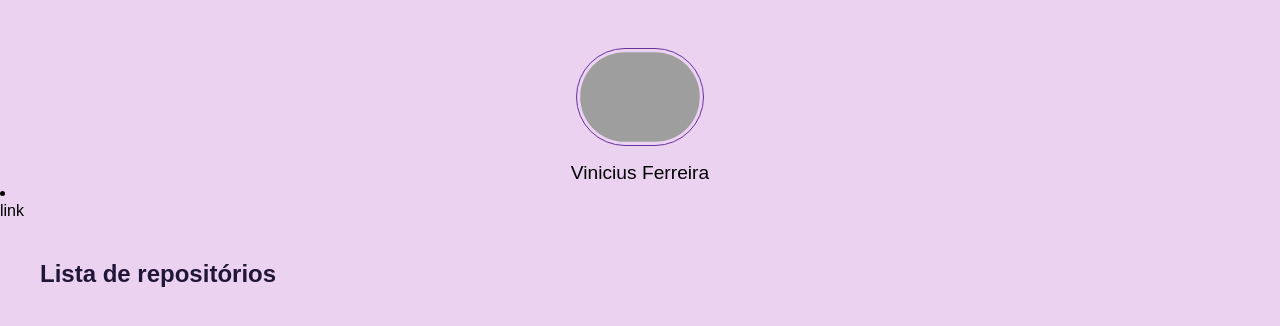
Repository: viniciusfg05/AnnotationReacts
Page: /
The author's editor kept a copy of each file at every save. The page is drawn from the files as they stood at one save, then again after the next save.
The browser window is 1280 px wide. The pictures show the whole page.
Pictures or frames that could not be fetched are drawn as grey boxes. The page's requests for data from a server got no answer. The project was rebuilt for these pictures with package versions that can differ from the ones it lists, and the page was loaded fresh each time. No one was signed in, and anything a server would have sent is missing. Also part of the build but not shown: webpack.config.js, src/components/RepositoryItens.tsx.

Above is the page before, as saved 2022-02-18 14:46:18.

After the next save:
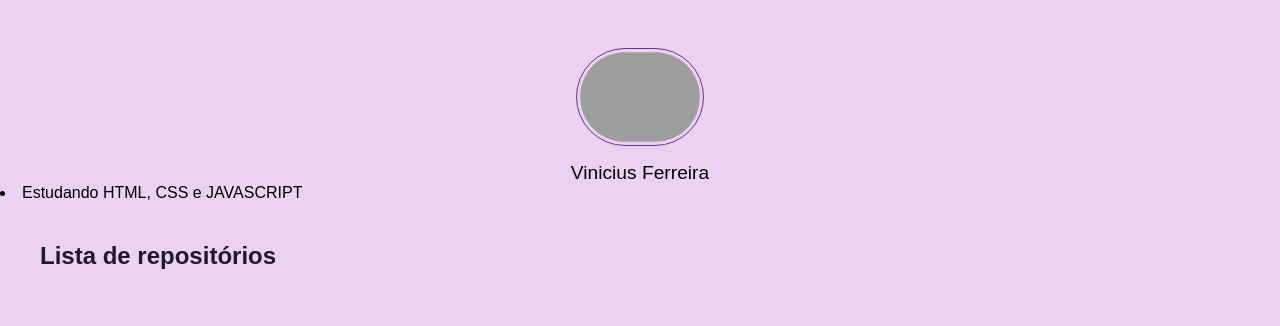
Saved 21 s later.
--- a/src/components/Profile.tsx
+++ b/src/components/Profile.tsx
@@ -19,7 +19,7 @@ export function Profile() {
 
 
         <li>
-          <ul>link</ul>
+         Estudando HTML, CSS e JAVASCRIPT
         </li>
       </div>
     </div>
